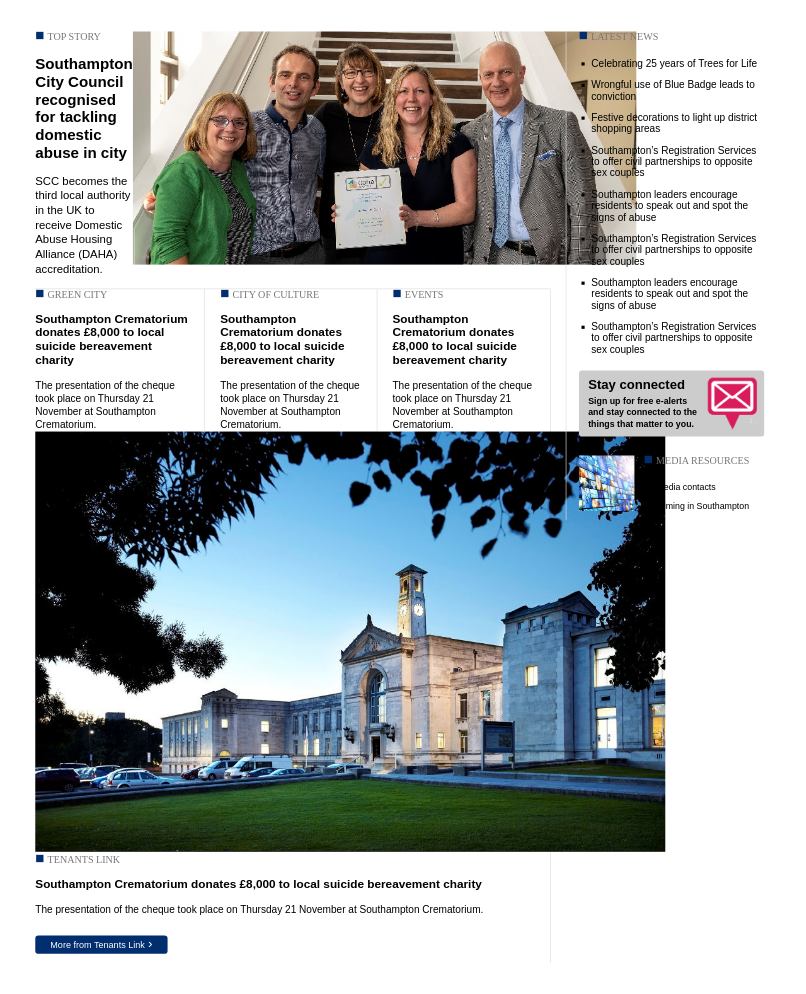
Repository: Domehead123/newspage
Page: news.html
The author's editor kept a record of every edit. The page is drawn from the files as they stood at one moment, then again after the next edit.
The browser window is 1280 px wide. The pictures show the whole page, at 63% of full size.
Some web libraries are served in a nearby version.

Above is the page before.

### news.html
<!DOCTYPE html>
<html lang="en">

<head>
    <meta charset="UTF-8">
    <meta name="viewport" content="width=device-width, initial-scale=1.0">
    <meta http-equiv="X-UA-Compatible" content="ie=edge">
    <script src="https://ajax.googleapis.com/ajax/libs/jquery/3.4.1/jquery.min.js"></script>

    <script src="https://kit.fontawesome.com/aae406265c.js" crossorigin="anonymous"></script>

    <link rel="stylesheet" href="news.css" type="text/css" />
    <title>News & Events</title>
</head>

<body>
    <div class="page-width">

        <div class="split-page">
            <div class="top-row">
                <div class="top-story">

                    <div class="subject-header">TOP STORY</div>


                    <h2><a href="#">
Southampton City Council recognised for tackling domestic abuse in city</a></h2>
                    <p><a href="#">SCC becomes the third local authority in the UK to receive Domestic Abuse Housing Alliance (DAHA) accreditation.</a></p>
                </div>

                <div class="top-story-image">
                    <img src="images/DAHA.jpg">
                </div>
            </div>

            <div class="lower-stories">

                <div class="row">
                    <div class="topic right-border">
                        <div class="subject-header ">GREEN CITY</div>

                        <h3><a href="#">Southampton Crematorium donates £8,000 to local suicide bereavement charity</a></h3>
                        <p><a href="#">The presentation of the cheque took place on Thursday 21 November at Southampton Crematorium.</a></p>
                    </div>
                    <div class="topic right-border">
                        <div class="subject-header">CITY OF CULTURE</div>

                        <h3><a href="#">Southampton Crematorium donates £8,000 to local suicide bereavement charity</a></h3>
                        <p><a href="#">The presentation of the cheque took place on Thursday 21 November at Southampton Crematorium.</a></p>
                    </div>

                    <div class="topic">
                        <div class="subject-header ">EVENTS</div>

                        <h3><a href="#">Southampton Crematorium donates £8,000 to local suicide bereavement charity</a></h3>
                        <p><a href="#">The presentation of the cheque took place on Thursday 21 November at Southampton Crematorium.</a></p>

                    </div>

                </div>




                <div class="row">
                    <div class="lower-image">
                        <a href="#"><img src="images/civic-centre-2.jpg"></a>
                    </div>
                    <div class="tenants-container">
                        <div class="tenants">

                            <div class="subject-header ">TENANTS LINK</div>

                            <h3><a href="#">Southampton Crematorium donates £8,000 to local suicide bereavement charity</a></h3>
                            <p><a href="#">The presentation of the cheque took place on Thursday 21 November at Southampton Crematorium.</a></p>

                        </div>
                        <p class="more"><a href="#">More from Tenants Link</a></p>
                    </div>




                </div>

            </div>


        </div>

        <div class="side-panel">

            <div class="latest-news">
                <div class="subject-header">LATEST NEWS</div>

                <ul>
                    <li><a href="#">Celebrating 25 years of Trees for Life</a></li>
                    <li><a href="#">Wrongful use of Blue Badge leads to conviction</a></li>
                    <li><a href="#">Festive decorations to light up district shopping areas</li>
                    <li><a href="#">Southampton’s Registration Services to offer civil partnerships to opposite sex couples</a></li>
                    <li><a href="#">Southampton leaders encourage residents to speak out and spot the signs of abuse</a></li>
                    <li><a href="#">Southampton’s Registration Services to offer civil partnerships to opposite sex couples</a></li>
                    <li><a href="#">Southampton leaders encourage residents to speak out and spot the signs of abuse</a></li>
                    <li><a href="#">Southampton’s Registration Services to offer civil partnerships to opposite sex couples</a></li>
                </ul>
            </div>
            <div class="connected">

                <a href="#"><img src="images/connected.png"></a>
                <h2><a href="#">Stay connected</a></h2>

                <p><a href="#">Sign up for free e-alerts and stay connected to the things that matter to you.</a></p>
            </div>

            <div class="media">
                <div class="media-image">
                    <img src="images/media2.jpg">
                </div>


                <div class="media-text">
                    <div class="subject-header ">MEDIA RESOURCES</div>

                    <ul>
                        <li><a href="# ">Media contacts</a></li>
                        <li><a href="# ">Filming in Southampton</a></li>

                    </ul>
                </div>

            </div>






        </div>






</body>

</html>

### news.css
/* REMOVE LEFT-HAND NAV */

.sidebar__content {
    display: none !important;
}

.page-body {
    left: 0 !important;
    width: 100% !important;
    font-size: 20px;
}

.page-width {
    max-width: 1168px;
    margin: 50px auto;
    padding: 0 25px;
}


/* GENERAL STYLING AND LINKS */

h2,
h3,
h4,
li,
p {
    font-family: "franklin-gothic-urw", sans-serif;
}


p {
    font-size: 18px;
    line-height: 130%;
}


a {
    color: #000;
    text-decoration: none;
    transition: 0.4s all;
}

.centre {
    margin: 0 auto;
}


.topic:hover a,
.top-story:hover a,
.tenants:hover a,
.latest-news a:hover,
.connected:hover a,
.more a:hover,
.media a:hover {
    text-decoration: underline;
}

.subject-header {
    color: #777;
}

.subject-header:before {
    content: "\25A0";
    line-height: 0;
    font-size: 1.5em;
    color: #002e6f;
    margin-right: 5px;
}

/* MAIN CONTENT */

.split-page {
    display: inline-block;
    vertical-align: top;
    width: 70%;
}


.split-page .latest-news {
    padding: 25px 0;
    display: none;
    border-bottom: 1px solid #ddd;
    margin-bottom: 0;
}

.top-row {
    display: flex;
    border-bottom: 1px solid #ddd;
}

.middle-row {
    clear: both;
    display: flex;
    flex-wrap: wrap;
    border-bottom: 1px solid #ddd;
    padding: 25px 0 20px 0;
}

.bottom-row {
    clear: both;
    display: flex;
    padding: 25px 0;
}

.top-story {
    margin: 0;
    box-sizing: border-box;
}

.top-story::after {
    content: "";
    clear: both;
    display: table;
}


.top-large-pic {
    display: block;
    margin: 0 0 20px 20px;
    height: 200px;
    float: right;
}

.top-small-pic {
    display: none;
    float: right;
    margin: 0 0 20px 20px;
    height: 100px;
}

.topic {
    width: 33%;
    padding: 0 20px;
    box-sizing: border-box;
    display: inline-block;
    vertical-align: top;
}

.right-border {}

.topic p {
    font-size: 16px;
    margin-bottom: 0;
}

.tenants p {
    font-size: 16px;
}

.topic:nth-child(1) {
    padding: 0 20px 0 0;
    border-right: 1px solid #ddd;
}

.topic:nth-child(2) {
    border-right: 1px solid #ddd;
}

.lower-stories {
    border-right: 1px solid #ddd;
}

.bottom-large-pic {
    height: 200px;
    margin-right: 20px;
    float: left;
}

.bottom-small-pic {
    display: none;
    float: right;
    margin: 0 0 20px 20px;
    height: 100px;
}

.tenants-container {
    margin-right: 20px;
    box-sizing: border-box;
    display: inline-block;
    vertical-align: top;
}

.more {
    font-size: 0.9em;
    background: #002e6f;
    width: 200px;
    padding: 5px;
    text-align: center;
    border-radius: 5px;
}

.tenants-container .more {
    float: left;
}

.more a {
    color: #fff;
}

.more::after {
    content: "\203A";
    color: #fff;
    font-size: 1.5em;
    line-height: 0;
    margin-left: 5px;
    position: relative;
    top: 1px;
}



/* SIDE PANEL */

.side-panel {
    display: inline-block;
    vertical-align: top;
    width: 27%;
    margin-left: 20px;
    border-left: 1px solid #ddd;
    padding-left: 20px;
    box-sizing: border-box;
}

.latest-news {
    margin-bottom: 1.5em;
}

.latest-news ul,
.media ul {
    padding: 0 0 0 20px;
    margin-top: 1.5em;
}

.latest-news ul li,
.media ul li {
    margin: 0 0 1em 0;
    font-size: 16px;
    list-style-type: square;
}

.extras {
    display: flex;
    flex-wrap: wrap;
}


.connected {
    background: #ccc;
    padding: 10px 10px 10px 15px;
    border-radius: 5px;
    margin-bottom: 30px;
    width: 100%;
    box-sizing: border-box;
}

.connected img {
    float: right;
    height: 85px;
    margin-left: 10px;
}

.connected h2 {
    font-size: 1.3em;
    margin: 0 0 5px 0;
}

.connected p {
    font-size: 14px;
    font-weight: bold;
    margin: 0;
}


.connected::after {
    content: "";
    clear: both;
    display: table;
}

.media {
    width: 100%;

}

.media img {
    float: left;
    width: 30%;
    margin-right: 15px;
}

.media ul {
    padding: 0 0 0 20px;
    margin-top: 1.5em;
    margin-bottom: 0;
    display: inline-block;
    box-sizing: border-box;
    width: 60%;
}

.media ul li {
    margin: 0 0 1em 0;
    list-style-type: square;
    font-size: 14px;
}

.extras {
    display: flex;
}


@media only screen and (max-width: 1000px) {
@media only screen and (max-width: 1150px) {
    .top-story-video {
        width: 100%;
    }



}
    .split-page {
        width: 100%;
    }

    .side-panel {
        width: 100%;
        border-left: 0;
        margin: 0;
        padding: 0;
    }

    .split-page .latest-news {
        display: block
    }

    .side-panel .latest-news {
        display: none;
    }

    .connected {
        width: 45%;
        margin-right: 25px;
        margin-bottom: 0;
    }

    .media {
        width: 45%;
        border: 1px solid #ddd;
        padding: 15px;
        border-radius: 5px;
        box-sizing: content-box;
    }

}


@media only screen and (max-width: 750px) {
    .top-large-pic {
        display: none;
    }

    .top-small-pic {
        display: block;
    }

    .bottom-large-pic {
        display: none;
    }

    .bottom-small-pic {
        display: block;
    }

    .tenants-container {
        margin-right: 0;
    }

    .tenants-container .more {
        float: none;
        margin: 10px auto;
        clear: both;
    }

}


@media only screen and (max-width: 660px) {
    .connected {
        width: 100%;
        margin-right: 0;
        margin-bottom: 25px;
    }

    .media {
        width: 100%;
    }

    .media img {
        height: 100px;
        width: auto;
    }



}


@media only screen and (max-width: 600px) {
    .topic {
        width: 100%;
    }

    .topic:nth-child(1) {
        padding: 0 0 25px 0;
        border-right: 0;
        border-bottom: 1px solid #ddd;
    }

    .topic:nth-child(2) {
        padding: 25px 0;
        border-right: 0;
        border-bottom: 1px solid #ddd;
    }

    .topic:nth-child(3) {
        padding: 25px 0 0 0;
    }


}



@media only screen and (max-width: 450px) {

    .top-small-pic,
    .bottom-small-pic {
        height: auto;
        width: 100%;
    }
}



@media only screen and (max-width: 400px) {

    .media img {
        display: none;
    }
}

After the next edit:
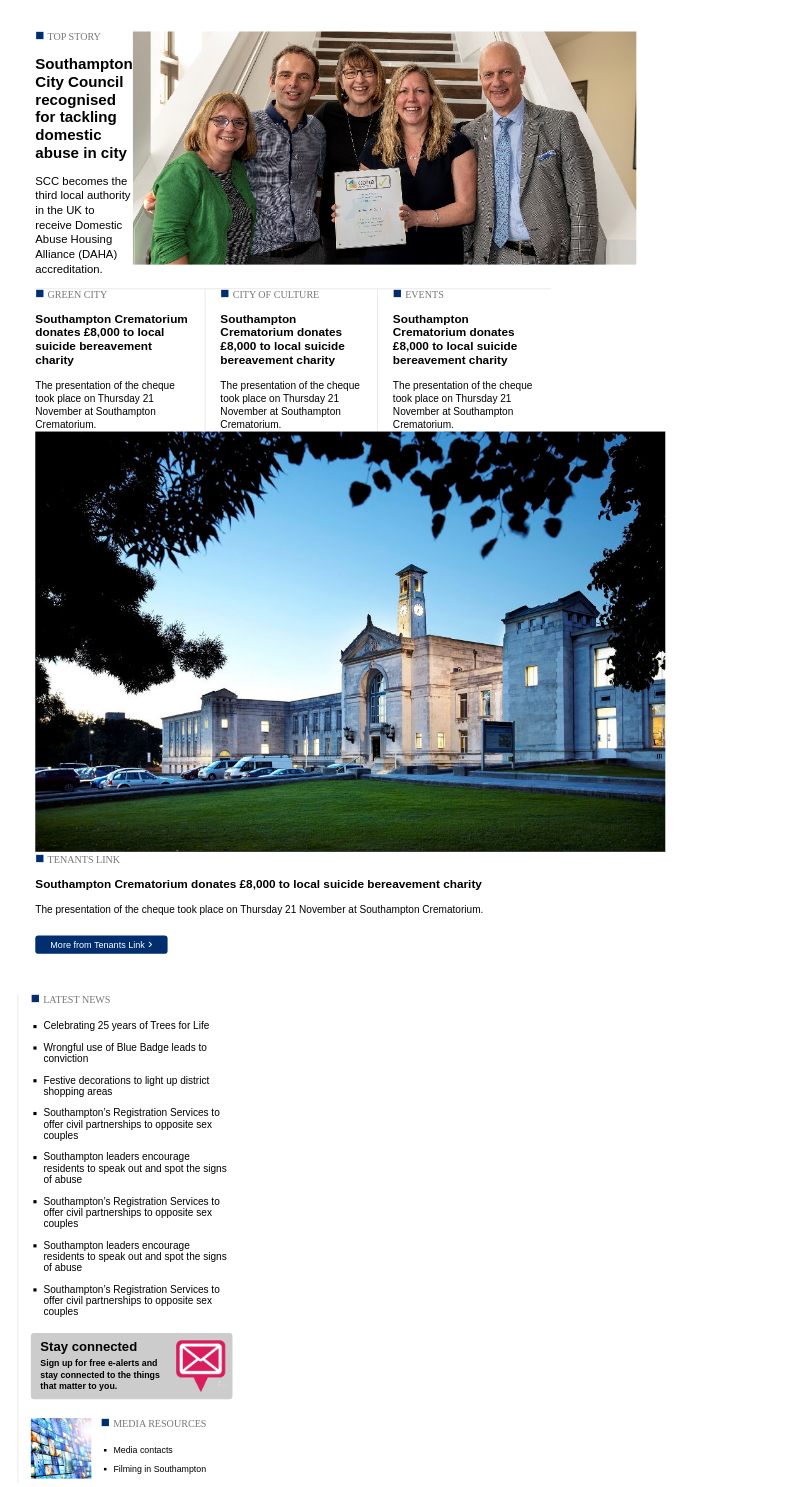
The edit:
--- a/news.html
+++ b/news.html
@@ -33,7 +33,6 @@
                 </div>
             </div>
 
-            <div class="lower-stories">
 
                 <div class="row">
                     <div class="topic right-border">
